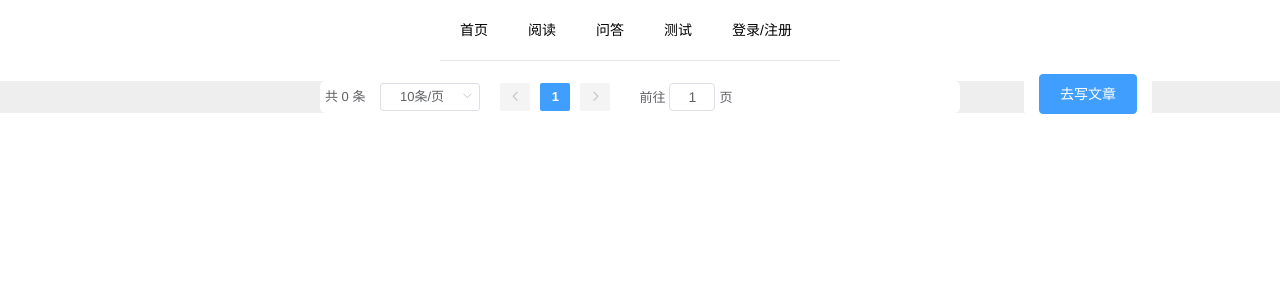
Repository: shengligo/xyx_vue_v1
Page: /read
These files come from the project's save history. The page is drawn as it stood at one moment and after the next save; the edit follows.
The browser window is 1280 px wide. The pictures show the whole page.
The page's requests for data from a server got no answer. The project was rebuilt for these pictures with package versions that can differ from the ones it lists, and the page was loaded fresh each time. No one was signed in, and anything a server would have sent is missing. Also part of the build but not shown: vue.config.js, src/views/home/childComps/Art.vue, src/views/author/authors.vue.

Above is the page before, as saved 2021-09-04 13:12:10.

### public/index.html
<!DOCTYPE html>
<html lang="">
  <head>
    <meta charset="utf-8">
    <meta http-equiv="X-UA-Compatible" content="IE=edge">
    <meta name="viewport" content="width=device-width,initial-scale=1.0">
    <link rel="icon" href="<%= BASE_URL %>favicon.ico">
    <title>project0000001</title>
  </head>
  <body>
    <noscript>
      <strong>We're sorry but <%= htmlWebpackPlugin.options.title %> doesn't work properly without JavaScript enabled. Please enable it to continue.</strong>
    </noscript>
    <div id="app"></div>
    <!-- built files will be auto injected -->
  </body>
</html>

### src/main.js
import Vue from 'vue'
import App from './App.vue'
import router from './router'
import store from './store'
import 'element-ui/lib/theme-chalk/index.css';
import axios from "axios";
axios.defaults.baseURL = "/api"; // http://10.1.2.85:8091/essay
axios.defaults.headers.common["Content-Type"] ="application/json;charset=UTF-8";
axios.defaults.withCredentials = true // 表示跨域请求时是否需要使用凭证
Vue.prototype.$ajax = axios;
import ElementUI from 'element-ui'

Vue.config.productionTip = false
Vue.use(ElementUI)

new Vue({
  router,
  store,
  render: h => h(App)
}).$mount('#app')

### src/App.vue
<template>
  <div id="app">
    <nav-bar ></nav-bar>
    <!-- <carousel></carousel> -->
    <!-- <art></art> -->


    <router-view></router-view>

  </div>
</template>
<script>

import NavBar from './components/common/NavBar'
import Art from '@/views/home/childComps/Art'
// import Carousel from '@/components/common/Carousel'


export default {
  name: "app",
  components:{
    NavBar,
    Art,




  }
};
</script>



<style>
@import url('assets/css/normalize.css');
#app{
  font-family: "Helvetica Neue",Helvetica,"PingFang SC","Hiragino Sans GB","Microsoft YaHei","微软雅黑",Arial,sans-serif;
}



</style>

### src/router/index.js

import Vue from 'vue'
import VueRouter from 'vue-router'
import Auther from '../views/author/authors.vue'

const Home = () => import('../views/home/Home')

const Question = () => import('../views/questions/Question')
const Read = () => import('../views/read/Read')
const Test = () => import('../views/testing/Test')
const Login = () => import('../components/common/login/Login')
const originalPush = VueRouter.prototype.push

VueRouter.prototype.push = function push(location) {
  return originalPush.call(this, location).catch(err => err)
}
// fksdljfkjdsjflsdjlfja
Vue.use(VueRouter)

const routes = [
  {
    path: '/',
    name: 'Home',
    component: Home
  },
  {
    path: '/auther',
    component: Auther
  },
  // {
  //   path: '/home',
  //   name: 'Home',
  //   component: Home
  // },

  {
    path:'/qs',
    name:'Qs',
    component:Question
  },
  {
    path:'/read',
    name:'Read',
    component:Read
  },
  {
    path:'/test',
    name:'Test',
    component:Test
  },
  {
    path:'/login',
    name:'Login',
    component:Login
  }
]

const router = new VueRouter({
  mode: 'history',
  base: process.env.BASE_URL,
  routes
})

export default router

### src/components/common/NavBar.vue
<template>
  <div>
     <div class="nav">

       <el-menu
          :default-active="activeIndex"
          class="el-menu-demo"
          mode="horizontal"
          text-color="#000000"
          active-text-color="#444444"
        >
          <el-menu-item index="1" @click="itemclick">首页</el-menu-item>
          <el-menu-item index="2" @click="itemclick2">阅读</el-menu-item>
          <el-menu-item index="3" @click="itemclick3">问答</el-menu-item>
          <el-menu-item index="4" @click="itemclick4">测试</el-menu-item>
          <el-menu-item index="5" @click="itemclick5">登录/注册</el-menu-item>
        </el-menu>

     </div>

  </div>
</template>

<script>


export default {

  name: "navbar",
  data() {
    return {
      activeIndex:1
    }
  },
  methods:{
    itemclick(){
      console.log('itemclick');
      this.$router.push("/")
    },
    itemclick2(){
      this.$router.push("/read")
    },
    itemclick3(){
      this.$router.push("./qs")
    },
    itemclick4(){
      this.$router.push('./test')
    },
    itemclick5(){
      this.$router.push('/login')
    }

  },

};
</script>

<style scoped>
.nav{

  margin: 0 auto;
  /* background-color: rgba(217, 221, 221, 0.918);
   */
   /* background-color: #5880A9; */
  padding: 0;


}
.nav>.el-menu{
  width: 400px;
  margin: 0 auto;
  /* background-color: rgba(217, 221, 221, 0.918); */
}

</style>

### src/views/read/Read.vue
<template>
  <div id="box">
    <div id="article">
      <div
        class="list"
        v-for="(item, index) in fileList"
        :key="index"
        @click="goToUrl('ReadDetail', { id: item.id })"
      >
        <div class="list_l">
          <img :src="item.faceUrl" alt="图片" v-if="item.faceUrl" />
        </div>
        <div class="list_r">
          <div class="list_r_t">
            <span>{{ item.title }}</span>
            <span class="sortName">{{ item.sortName }}</span>
          </div>
          <div class="list_r_m">{{ item.introduce }}</div>
          <div class="list_r_b">
            {{ item.createTime.substring(0, 10) }} | {{ item.author }}
          </div>
        </div>
      </div>
      <!-- <div v-html="htmltext" class="centerBody"></div> -->
      <!-- 分页 -->
      <el-pagination
        class="common-page-pagination"
        background
        :current-page="condition.pageNum"
        :page-sizes="[10, 20, 30, 50]"
        :page-size="condition.pageSize"
        layout="total, sizes, prev, pager, next, jumper"
        :total="total"
        @size-change="handleSizeChange"
        @current-change="handleCurrentChange"
      />
    </div>
    <div class="toWrite">
      <el-button type="primary">去写文章</el-button>
    </div>
  </div>
</template>

<script>
// import ArticleLi from "../home/childComps/ArticleLi";
import E from "wangeditor";
import qs from "qs"; // 引入qs模块，用来序列化post类型的数据，后面会提到

export default {
  name: "read",
  components: {
    // ArticleLi,
  },
  data() {
    return {
      fileList: [],
      total: 0,
      condition: {
        pageNum: 1,
        pageSize: 5
      },
      htmltext: "<p>用 JS 设置的内容</p><p>追加的内容</p>"
    };
  },
  mounted() {
    this.getEdits();
  },
  methods: {
    goToUrl(url, query = {}) {
      if (!url) {
        this.$toast("当前模块正在开发中\n敬请期待!");
      } else {
        this.$router.push({ path: url, query });
      }
    },
    handleSizeChange(val) {
      this.condition.pageSize = val;
      this.getEdits();
    },
    handleCurrentChange(val) {
      this.condition.pageNum = val;
      this.getEdits();
    },
    getEdit() {
      // const editor = new E('#div1')
      // 或者 const editor = new E( document.getElementById('div1') )

      //  const E = window.wangEditor
      this.editor = new E(document.getElementById("toolbar-container"));
      this.editor.create();
      this.editor.txt.html("<p>用 JS 设置的内容</p>"); // 重新设置编辑器内容
      this.editor.txt.append("<p>追加的内容</p>");
      console.log(this.editor.txt.html());
    },
    async getEdits(current) {
      if (current) {
        this.condition.pageNum = current;
      }
      var params = {
        pageNum: 1,
        pageSize: 10
      };
      // $ajax请求
      const url = "/essay/getEssayList";
      await this.$ajax
        .get(url, { params })
        .then(res => {
          const { data } = res;
          if (data.code === "000000") {
            //this.$message.success('请求成功')
            this.fileList = data.data.results;
            this.total = data.data.totalRecord;
            var text = "";
            data.data.results.forEach(item => {
              text += item.content;
            });
            this.htmltext = text;
          } else {
            this.$message.error("暂无权限");
          }
        })
        .catch(() => {
          this.$message.error("网络异常");
        });
    }
  }
};
</script>

<style scoped>
#box {
  width: 100%;
  height: 100%;
  margin: 0;
  padding: 0;
  background: #eee;
  position: relative;

}

#article {
  border-radius: 5px;
  width: 50%;
  margin: 0 auto;
  margin-top: 20px;
  margin-bottom: 20px;
  background: #fff;
}
.centerBody {
  width: 500px;
  margin: 0 auto;
}
.list {
  display: flex;
  width: 80%;
  height: 100px;
  padding: 10px;
  margin: 0 auto;
  /* border: 1px solid pink; */
  margin-top: 10px;
}
.list_l {
  width: 100px;
  height: 100px;
  /* border: 1px solid pink; */
}
img {
  width: 100%;
  height: 100%;
}
.list_r {
  margin-top: 10px;
  margin-left: 30px;
  width: 90%;
  height: 100px;
  /* border: 1px solid pink; */
}
.list_r_t {
  margin: 5px;
  height: 20px;
  line-height: 20px;
  font-size: 18px;
  font-weight: 700;
  /* border: 1px solid pink; */
}
.sortName {
  float: right;
  width: 80px;
  height: 25px;
  line-height: 25px;
  font-size: 14px;
  color: #666;
  font-weight: 400;
  border-radius: 8px;
  background-color: #f1f5f9;
  text-align: center;
  /* border: 1px solid pink; */
}
.list_r_m {
  margin: 0 5px 5px;
  font-size: 14px;
  color: #666;
  font-weight: 400;
}
.list_r_b {
  margin: 0 5px;
  height: 20px;
  line-height: 20px;
  font-size: 16px;
  color: #666;
  font-weight: 400;
}

/* table 样式 */
table {
  border-top: 1px solid #ccc;
  border-left: 1px solid #ccc;
}
table td,
table th {
  border-bottom: 1px solid #ccc;
  border-right: 1px solid #ccc;
  padding: 3px 5px;
}
table th {
  border-bottom: 2px solid #ccc;
  text-align: center;
}

/* blockquote 样式 */
blockquote {
  display: block;
  border-left: 8px solid #d0e5f2;
  padding: 5px 10px;
  margin: 10px 0;
  line-height: 1.4;
  font-size: 100%;
  background-color: #f1f1f1;
}

/* code 样式 */
code {
  display: inline-block;
  *display: inline;
  *zoom: 1;
  background-color: #f1f1f1;
  border-radius: 3px;
  padding: 3px 5px;
  margin: 0 3px;
}
pre code {
  display: block;
}

/* ul ol 样式 */
ul,
ol {
  margin: 10px 0 10px 20px;
}

.toWrite{
  position: fixed;
  background-color: #fff;
  height: 6%;
  width: 10%;
  border-radius: 5px;
  display: flex;
  align-items: center;
  justify-content: center;
  top: 10%;
  right: 10%;
}
</style>

Loaded but not shown: src/store/index.js (common file); src/assets/css/normalize.css (library)

After the next save:
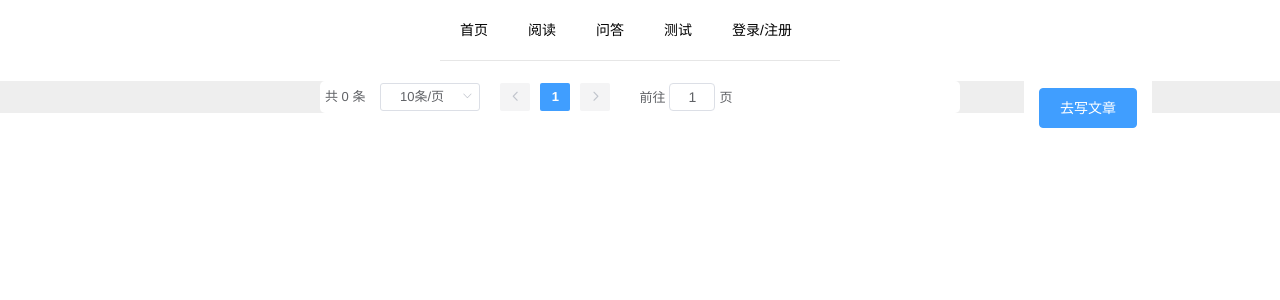
Saved 9 s later.
--- a/src/views/read/Read.vue
+++ b/src/views/read/Read.vue
@@ -261,7 +261,7 @@ ol {
 .toWrite{
   position: fixed;
   background-color: #fff;
-  height: 6%;
+  height: 10%;
   width: 10%;
   border-radius: 5px;
   display: flex;
